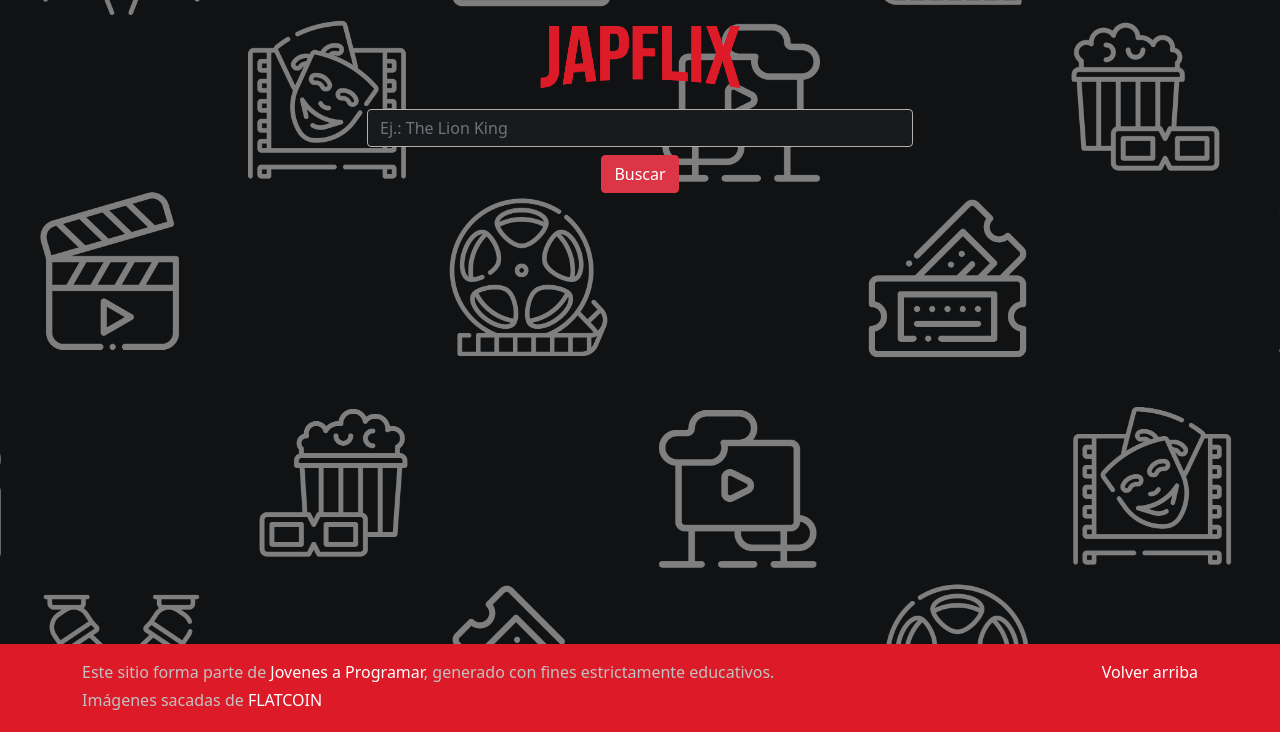
Repository: romancegirl/japflix
Page: index.html
An editor plug-in stored every save of this project. The page is shown before and after the next save, followed by the edit.
The browser window is 1280 px wide. The pictures show the whole page.
The page's requests for data from a server got no answer.

Above is the page before, as saved 2024-11-18 19:00:39.

### index.html
<!doctype html>
<html lang="es">

<head>
  <meta charset="utf-8">
  <meta name="viewport" content="width=device-width, initial-scale=1">
  <title>Japflix</title>

  <link href="css/bootstrap.min.css" rel="stylesheet">
  <link rel="stylesheet" href="https://cdnjs.cloudflare.com/ajax/libs/font-awesome/4.7.0/css/font-awesome.min.css">
  <link rel="stylesheet" href="css/style.css">

</head>

<body class="bg-dark d-flex flex-column min-vh-100">

  <main class="flex-grow-1">
    <div class="text-center container">
      <div class="row py-lg-3">
        <div class="col-lg-6 col-md-8 mx-auto">
          <h1 class="fw-light"><img src="img/japflix.png" alt="japflix"></h1>
          <input type="search" class="form-control" name="buscar" id="inputBuscar" placeholder="Ej.: The Lion King">
          <button class="btn btn-danger m-2" id="btnBuscar">Buscar</button>
        </div>
      </div>
    </div>
    <div class="album">
      <ul class="list-group container" id="lista">
      </ul>
    </div>
  </main>

  <footer class="text-muted py-3">
    <div class="container">
      <p class="float-end mb-1">
        <a href="#">Volver arriba</a>
      </p>
      <p class="mb-1">Este sitio forma parte de <a href="https://jovenesaprogramar.edu.uy/" target="_blank">
        Jovenes a Programar</a>, generado con fines estrictamente educativos.</p>
        <p class="mb-1">Imágenes sacadas de <a href="https://www.flaticon.com/free-icon/" target="_blank">FLATCOIN</a></p>
    </div>
  </footer>

  <div class="offcanvas offcanvas-top text-bg-dark" id="movieDetails" tabindex="-1" aria-labelledby="movieDetailsLabel">
    <div class="offcanvas-header bg-dark text-bg-dark">
      <h4 id="movieTitle"></h4>
      <button type="button" class="btn-close btn-close-white" data-bs-dismiss="offcanvas" aria-label="Close"></button>
    </div>
    <div class="offcanvas-body bg-dark text-bg-dark">
      <p id="movieOverview"></p>
      <p><strong>Géneros:</strong> <span id="movieGenres"></span></p>
      <button class="btn btn-danger dropdown-toggle" data-bs-toggle="dropdown" aria-expanded="false" id="btnInfo">Más información</button>
      <ul class="dropdown-menu bg-dark text-bg-dark">
        <li><strong>Año de lanzamiento:</strong> <span id="movieYear"></span></li>
        <hr>
        <li><strong>Duración:</strong> <span id="movieDuration"></span> min</li>
        <hr>
        <li><strong>Presupuesto:</strong> $<span id="movieBudget"></span></li>
        <hr>
        <li><strong>Ganancias:</strong> $<span id="movieRevenue"></span></li>
      </ul>
    </div>
  </div>

  <script src="js/bootstrap.bundle.min.js"></script>
  <script src="js/script.js"></script>
</body>


</html>

### css/style.css
body {
    background-color: #1C1E1F;
    color: #B2B1B0;
    background:
        linear-gradient(rgba(0, 0, 0, 0.5), rgba(0, 0, 0, 0.5)),
        /* Capa de color */
        url('../img/background.png');
    /* Imagen de fondo */
    background-size: 100rem;
    /* Tamaño de cada repetición (ajusta según necesites) */
    background-position: center 20px;
    /* Centra horizontalmente y comienza 20px abajo */
    background-repeat: repeat;
}

input[type="search"] {
    background-color: #181A1B;
    border: 1px solid #B2B1B0;
    color: #B2B1B0;
}

input[type="search"]:focus {
    box-shadow: 0 0 10px #96242F;
    background-color: #181A1B;
    border: 1px solid #96242F;
    color: #B2B1B0;
}

.offcanvas-body {
    background-color: #1C1E1F;
    color: #B2B1B0;
}

.img-card-fit {
    object-fit: cover;
    width: 100%;
    height: auto;
}

.img-cont {
    height: 200px;
    overflow: hidden;
    background-color: beige;
}

.card-content {
    height: 150px;
    overflow: auto;
}

main {
    min-height: calc(100vh - 100px);
}

.checked {
    color: orange;
}

.offcanvas-top {
    height: fit-content;
}

.list-group-item .d-flex {
    gap: 10px;
}

@media (max-width: 768px) {
    .list-group-item .d-flex {
        flex-direction: column;
        align-items: flex-start;
    }

    .list-group-item .d-flex p,
    .list-group-item .d-flex div {
        align-self: flex-start;
        width: 100%;
        margin: 0;
    }

    .list-group-item .d-flex div {
        margin-top: 8px;
    }
}

#movieGenres {
    font-style: italic;
}

.dropdown-menu {
    padding: 1rem 2rem;
    color: #B2B1B0;

}

footer {
    background-color: #DC1A28;
    bottom: 0;
    width: 100%;
    margin-top: 1.5rem;
}

footer p {
    color: #c3c2c2
}

footer a {
    color: #ffffff;
    text-decoration: none;
}

footer a:hover {
    color: #9b9a9b;
    transform: scale(1.05);
    transition: color 0.3s, text-shadow 0.3s;
}


.no-results-message {
    border: 5px dashed red;
    padding: 20px;
    margin: 2rem auto;
    width: fit-content;
    display: flex;
    justify-content: center;
    align-items: center;
}

.double {
    border: 10px double #d71a2d;
}

#movieTitle {
    border: 10px double #d71a2d;
    padding: 10px;
    margin-bottom: 0;
}


#lista>.list-group-item.double:hover {
    background-color: #393939 !important;
    /* Un color más claro */
    transition: background-color 0.5s ease, box-shadow 0.5s ease;
    box-shadow: 0 4px 8px rgba(0, 0, 0, 0.3);
    /* Sombra */
    cursor: pointer;
}

### js/script.js
document.addEventListener("DOMContentLoaded", () => {
    fetchMovies();
});

let moviesData = [];

async function fetchMovies() {
    try {
        const response = await fetch("https://japceibal.github.io/japflix_api/movies-data.json");
        moviesData = await response.json();
    } catch (error) {
        console.error("Error al obtener datos de la API:", error);
    }
}


document.getElementById("btnBuscar").addEventListener("click", () => searchMovies());

document.getElementById("inputBuscar").addEventListener("keydown", (event) => {
    if (event.key === "Enter") {
        event.preventDefault();
        searchMovies();
    }
});


function searchMovies() {
    const searchTerm = document.getElementById("inputBuscar").value.toLowerCase();
    if (searchTerm) {
        const results = moviesData.filter(movie =>
            movie.title.toLowerCase().includes(searchTerm) ||
            movie.genres.some(genre => genre.name.toLowerCase().includes(searchTerm)) ||
            (movie.tagline && movie.tagline.toLowerCase().includes(searchTerm)) ||
            (movie.overview && movie.overview.toLowerCase().includes(searchTerm))
        );
        displayMovies(results);
    }
}


function displayMovies(movies) {
    const lista = document.getElementById("lista");
    lista.innerHTML = "";

    if (movies.length === 0) {
        const noResultsMessage = document.createElement("li");
        noResultsMessage.className = "list-group-item bg-dark text-white text-center no-results-message";
        noResultsMessage.innerHTML = `
            <h3><strong>¡Ups! No hemos encontrado ninguna película. ¡Vuelve a intentarlo!</strong></h3>
        `;
        lista.appendChild(noResultsMessage);
    } else {
        movies.forEach(movie => {
            const listItem = document.createElement("li");
            listItem.className = "list-group-item bg-dark text-white double";
            listItem.innerHTML = `
                <h5>${movie.title}</h5>
                <div class="d-flex justify-content-between align-items-center">
                    <p><i>${movie.tagline}</i></p>
                    <div>${renderStars(movie.vote_average)}</div>
                </div>
            `;
            listItem.addEventListener("click", () => showMovieDetails(movie));
            lista.appendChild(listItem);
        });
    }
}



function renderStars(vote) {
    let stars = "";
    for (let i = 1; i <= 5; i++) {
        stars += `<span class="fa fa-star ${i <= vote / 2 ? "checked" : ""}"></span>`;
    }
    return stars;
}


function showMovieDetails(movie) {
    document.getElementById("movieTitle").textContent = movie.title;
    document.getElementById("movieOverview").textContent = movie.overview;
    document.getElementById("movieGenres").textContent = movie.genres.map(genre => genre.name).join(", ");
    document.getElementById("movieYear").textContent = new Date(movie.release_date).getFullYear();
    document.getElementById("movieDuration").textContent = movie.runtime;
    document.getElementById("movieBudget").textContent = movie.budget.toLocaleString();
    document.getElementById("movieRevenue").textContent = movie.revenue.toLocaleString();

    const offcanvas = new bootstrap.Offcanvas(document.getElementById("movieDetails"));
    offcanvas.show();
}

Loaded but not shown: css/bootstrap.min.css (library); js/bootstrap.bundle.min.js (library)

After the next save:
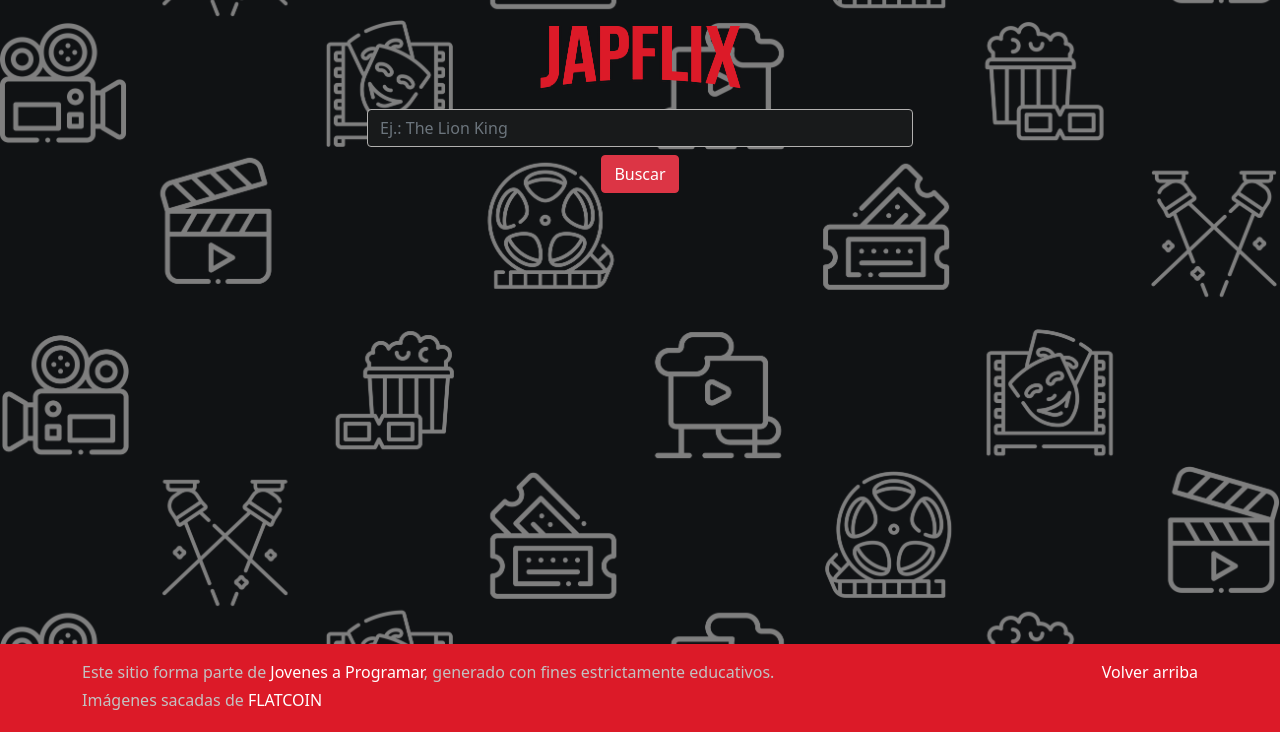
Saved 10 s later.
--- a/css/style.css
+++ b/css/style.css
@@ -6,7 +6,7 @@
         /* Capa de color */
         url('../img/background.png');
     /* Imagen de fondo */
-    background-size: 100rem;
+    background-size: 80rem;
     /* Tamaño de cada repetición (ajusta según necesites) */
     background-position: center 20px;
     /* Centra horizontalmente y comienza 20px abajo */
